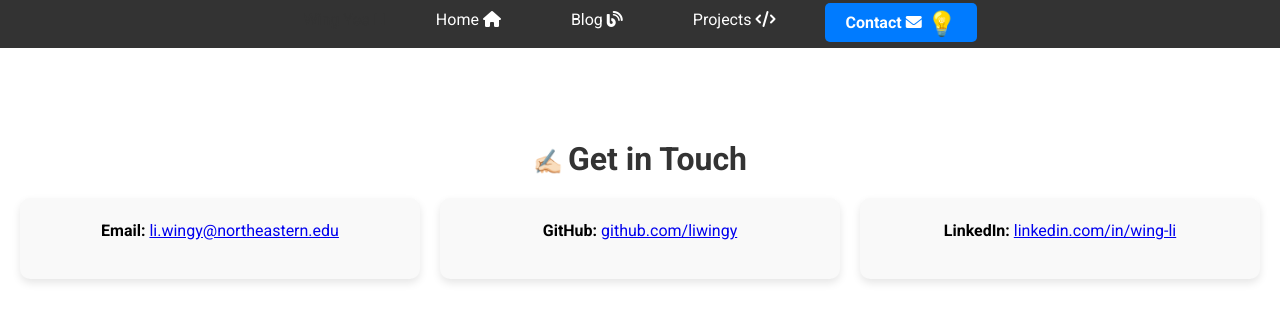
Repository: liwingy/cs5610_fall24_project1
Page: contact/index.html
These files come from the project's save history. The page is drawn as it stood at one moment and after the next save; the edit follows.
The browser window is 1280 px wide. The pictures show the whole page.

Above is the page before, as saved 2024-10-07 23:51:38.

After the next save:
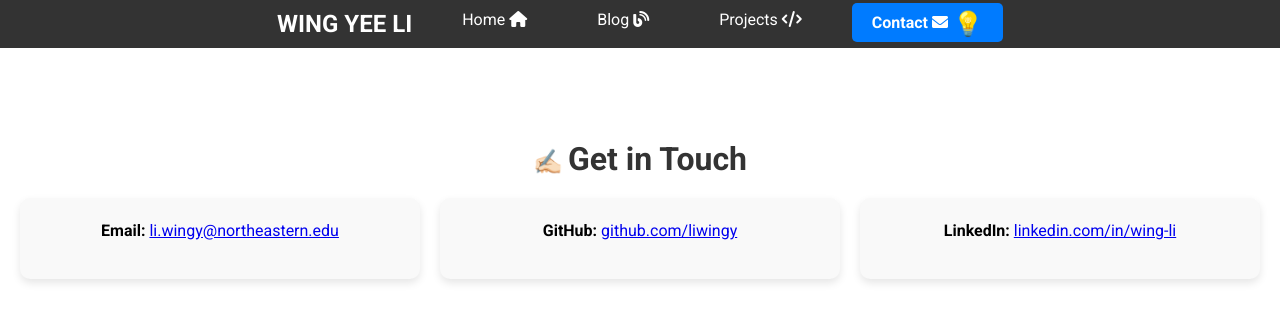
Saved 82 s later.
--- a/style.css
+++ b/style.css
@@ -177,6 +177,13 @@ nav ul {
     padding: 0;
 }
 
+nav .nav-title {
+    font-size: 1.5rem;     /* Increases the font size */
+    font-weight: bold;     /* Makes the title bold */
+    color: #fff;           /* Sets the text color */
+    text-transform: uppercase;  /* Capitalizes the title */
+}
+
 nav ul li {
     margin: 0 15px;              /* Add spacing between navbar items */
 }
